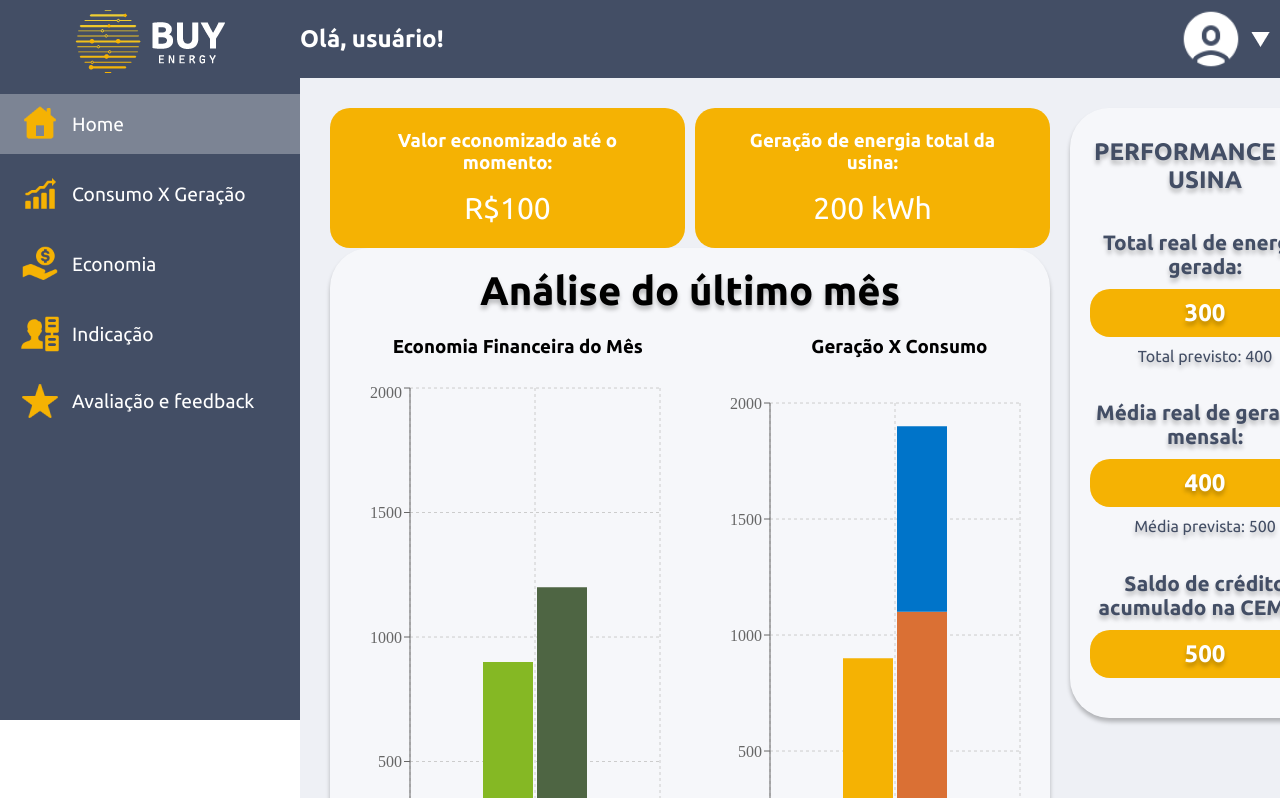
Repository: wolwerr/buyenergy-frontend
Page: /
An editor plug-in stored every save of this project. The page is shown before and after the next save, followed by the edit.
The browser window is 1280 px wide. The pictures show the whole page.
An inner scrolling area shows only its first screen. The project was rebuilt for these pictures with package versions that can differ from the ones it lists, and the page was loaded fresh each time. Also part of the build but not shown: src/pages/indicacao/IndicacaoStyle.js, src/pages/indicacao/IndicacaoPage.jsx, src/pages/feedback/FeedbackStyle.js, src/pages/feedback/Feedback.jsx, src/pages/login/LoginStyle.js, src/pages/login/LoginPage.jsx, src/pages/economia/EconomiaStyle.js, src/pages/economia/EconomiaPage.jsx and 10 more.

Above is the page before, as saved 2022-10-31 16:26:14.

### public/index.html
<!DOCTYPE html>
<html lang="en">
  <head>
    <meta charset="utf-8" />
    <link rel="icon" href="%PUBLIC_URL%/favicon.ico" />
    <meta name="viewport" content="width=device-width, initial-scale=1" />
    <meta name="theme-color" content="#000000" />
    <meta
      name="description"
      content="Web site created using create-react-app"
    />
    <link rel="apple-touch-icon" href="%PUBLIC_URL%/logo192.png" />
    <!--
      manifest.json provides metadata used when your web app is installed on a
      user's mobile device or desktop. See https://developers.google.com/web/fundamentals/web-app-manifest/
    -->
    <link rel="manifest" href="%PUBLIC_URL%/manifest.json" />
    <!--
      Notice the use of %PUBLIC_URL% in the tags above.
      It will be replaced with the URL of the `public` folder during the build.
      Only files inside the `public` folder can be referenced from the HTML.

      Unlike "/favicon.ico" or "favicon.ico", "%PUBLIC_URL%/favicon.ico" will
      work correctly both with client-side routing and a non-root public URL.
      Learn how to configure a non-root public URL by running `npm run build`.
    -->
    <link rel="stylesheet" href="style.css">
    <link rel="preconnect" href="https://fonts.googleapis.com">
    <link rel="preconnect" href="https://fonts.gstatic.com" crossorigin>
    <link href="https://fonts.googleapis.com/css2?family=Ubuntu:ital,wght@0,400;0,500;0,700;1,400;1,500;1,700&display=swap" rel="stylesheet">
    <title>Buy Energy App MVP</title>
  </head>
  <body>
    <noscript>You need to enable JavaScript to run this app.</noscript>
    <div id="root"></div>
    <!--
      This HTML file is a template.
      If you open it directly in the browser, you will see an empty page.

      You can add webfonts, meta tags, or analytics to this file.
      The build step will place the bundled scripts into the <body> tag.

      To begin the development, run `npm start` or `yarn start`.
      To create a production bundle, use `npm run build` or `yarn build`.
    -->
  </body>
</html>

### src/App.js
import { BrowserRouter as Router, Route, Routes } from "react-router-dom";
import { AppCnt } from "./assets/styles/AppStyle";
import HomePage from "./pages/home/HomePage"
import IndicacaoPage from "./pages/indicacao/IndicacaoPage"
import Feedback from "./pages/feedback/Feedback"
import LoginPage from "./pages/login/LoginPage"
import Economia from "./pages/economia/EconomiaPage"
import ErrorPage from "./pages/error/ErrorPage";
import ConsumoXGeracaoPage from "./pages/consumoGeracao/ConsumoXGeracaoPage";

function App() {
  return (
    <AppCnt>
      <Router>
        <Routes>
          <Route index path="/" element={<HomePage />} />
          <Route path="/login" element={<LoginPage />} />
          <Route path="/consumo-e-geracao" element={<ConsumoXGeracaoPage />} />
          <Route path="/economia" element={<Economia />} />
          <Route path="/indicacao" element={<IndicacaoPage />} />
          <Route path="/feedback" element={<Feedback />} />
          <Route path="*" element={<ErrorPage />}/>
        </Routes>
      </Router>
    </AppCnt>
  );
}

export default App;

### src/assets/styles/AppStyle.js
import styled from "styled-components";

export const AppCnt = styled.div`
    display: flex;
    flex-direction: row;
`

### src/pages/home/HomePage.jsx
import Header from "../../layouts/header/Header";
import Main from "../../layouts/main/Main";
import {
  BotaoAmareloContainer,
  BotaoIndicacao,
  DivBarraLateral,
  Grafico,
  MainStyle,
} from "./HomePageStyle";
import ValorTotal from "../../components/home/ValorTotal";
import DadosPerformance from "../../components/home/DadosPerformance";
import NavMenu from "../../layouts/navMenu/NavMenu";
import GraficoEconomiaFinanceira from "../../components/home/GraficoEconomiaFinanceira";
import GraficoConsumoGeracao from "../../components/home/GraficoConsumoGeracao";

export default function HomePage({ userName = "usuário", value = "Valor" }) {
  return (
    <>
      <NavMenu page="home" />
      <Main>
        <MainStyle>
          <BotaoAmareloContainer>
            <ValorTotal
              title={`Valor economizado até o momento:`}
              description="R$"
              descriptionValue={value = 100}
            />
            <ValorTotal
              title="Geração de energia total da usina:"
              description={value = 200}
              descriptionValue=" kWh"
            />
          </BotaoAmareloContainer>
          <Grafico>
            <h1>Análise do último mês</h1>
            <div className="Tittle">
              <h3>Economia Financeira do Mês</h3>
              <h3>Geração X Consumo</h3>
            </div>
            <div className="divFlex">
              <GraficoEconomiaFinanceira />
              <GraficoConsumoGeracao />
            </div>
          </Grafico>
          <DivBarraLateral>
            <h1>Performance da Usina</h1>
            <DadosPerformance
              title="Total real de energia gerada:"
              value={value = 300}
              description="Total previsto: "
              descriptionValue={value = 400}
            />
            <DadosPerformance
              title="Média real de geração mensal:"
              value={value}
              description="Média prevista: "
              descriptionValue={value = 500}
            />
            <DadosPerformance
              title="Saldo de crédito acumulado na CEMIG:"
              value={value}
              description=""
              descriptionValue=""
            />
          </DivBarraLateral>
          <BotaoIndicacao to="/indicacao">
            <p>Indique amigos e ganhe comissões nas vendas</p>
            <span>Saiba mais &gt;</span>
          </BotaoIndicacao>
        </MainStyle>
      </Main>
      <Header userName={userName} />
    </>
  );
}

### src/layouts/header/Header.jsx
import React, { useEffect, useState } from 'react'
import { HeaderCnt, HeaderIconsLeft, ProfileImg, ProfileOptIcon, ProfileOptions } from './HeaderStyle'
import ProfileIcon from '../../assets/images/icons/test-account.png'
import ProfileOptionsIcon from '../../assets/images/icons/triangulo-para-baixo.png'

export default function Header({
    userName = 'usuário',
    userProfilePhoto = ProfileIcon
}) {
  const [profileOptions, setprofileOptions] = useState(false)

  function toggleProfileOptions () {
    setprofileOptions(!profileOptions)
  }

  const [windowWidth, setWindowWidth] = useState(window.innerWidth)

  const detectSize = () => {
    setWindowWidth(window.innerWidth)
  }

  useEffect(() => {
    window.addEventListener('resize', detectSize)

    return () => {
      window.removeEventListener('resize', detectSize)
    }
  }, [windowWidth])

  return (
    <HeaderCnt windowWidth={`${windowWidth}`}>
        <p>Olá, {userName}!</p>
        <HeaderIconsLeft>
          <ProfileImg src={userProfilePhoto} alt="Foto do perfil do usuário" />
          <ProfileOptIcon row src={ProfileOptionsIcon} alt="" onClick={toggleProfileOptions} />
        </HeaderIconsLeft>
        {profileOptions &&
          <ProfileOptions>
            <p>Sair</p>
          </ProfileOptions>
        }
    </HeaderCnt>
  )
}

### src/layouts/main/Main.jsx
import { useEffect, useState } from 'react'
import { MainCnt } from './MainStyle'

export default function Main({ children }) {
  const [windowWidth, setWindowWidth] = useState(window.innerWidth)

  const detectSize = () => {
    setWindowWidth(window.innerWidth)
  }

  useEffect(() => {
    window.addEventListener('resize', detectSize)

    return () => {
      window.removeEventListener('resize', detectSize)
    }
  }, [windowWidth])

  return (
    <MainCnt windowWidth={`${windowWidth}`}>
        {children}
    </MainCnt>
  )
}

### src/pages/home/HomePageStyle.js
import styled from "styled-components";
import { Link } from "react-router-dom";

export const MainStyle = styled.div`
  // height: 80vh;
  margin: 50px;
  display: grid;
  grid-template-areas:
  "amarelo lateral"
  "grafico lateral"
  "grafico lateral"
  "grafico botaoIndicacao";
  grid-template-columns: 7fr 3fr;
  grid-template-rows: auto;
  grid-column-gap: 20px;

  align-content: space-between;

  @media(max-width: 1400px) {
    margin: 30px;
  }
`
/* inicio container lateral*/
export const DivBarraLateral = styled.div`
  grid-area: lateral;
  border-radius: 2.5em;
  background-color: rgba(255, 255, 255, 0.5);
  box-shadow: 0px 4px 4px rgba(0, 0, 0, 0.25);
  display: flex;
  flex-direction: column;
  justify-content: space-between;
  text-align: center;
  align-items: center;
  color: #434e65;
  text-shadow: 0px 4px 4px rgba(0, 0, 0, 0.25);
  font-family: Ubuntu;
  padding: 30px 20px;
  max-width: 300px;
  height: 700px;

  @media(max-width: 1400px) {
    height: 550px;
  }
  h1 {
    text-transform: uppercase;

    @media(max-width: 1400px) {
      font-size: 1.5rem;
    }
  }
  h2 {
    color: #434e65;
    margin-bottom: 10px;

    @media(max-width: 1400px) {
      font-size: 1.3rem;
    }
  }
  h3 {
    font-size: 1.5rem;
    background: #f5b203;
    border-radius: 20px;
    width: 220px;
    padding: 10px 5px;
    text-align: center;
    margin: auto;
    color: white;
    margin-bottom: 10px;
  }
`
export const BotaoAmareloContainer = styled.div`
  grid-area: amarelo;
  width: 100%;
  display: flex;
  gap: 10px;
  justify-content: center;
`
export const Grafico = styled.div`
  grid-area: grafico;
  place-content: center;
  color: #000000;
  border-radius: 40px;
  box-shadow: 0px 4px 4px rgba(0, 0, 0, 0.25);
  background-color: rgba(255, 255, 255, 0.5);
  width: 100%;
  padding-bottom: 20px;
  .divFlex {
    display: flex;
    width: 100%;
    height: 80vh;
  }
  .Tittle{
    display: flex;
    justify-content: center;
    gap: 22%;
    margin-bottom: 24px;
  }
  .Tittle h3 {
    font-size: 700 13px 'Ubuntu';
    line-height: 15px;
    padding: 5px;
    color: #000000;
  }
  h1 {
    padding: 20px 20px;
    text-align: center;
    font: 700 2.5rem 'Ubuntu';
    color: #000;
    text-shadow: 0px 4px 4px rgba(0, 0, 0, 0.25);

    @media(max-width: 1024px) {
       padding: 10px 10px;
    }
  }
`
export const BotaoIndicacao = styled(Link)`
  grid-area: botaoIndicacao;
  max-width: 300px;
  background: #434E65;
  border-radius: 20px;
  height: 110px;
  padding: 30px 20px;
  box-sizing: border-box;
  color: #fff;
  position: relative;

  @media(max-width: 1400px) {
    padding: 20px 20px;
  }

  p {
    font: 700 1.25rem/1.3 'Ubuntu';
    text-align: center;

    @media(max-width: 1400px) {
      font-size: 1.1rem;
    }
  }

  span {
    font: 500 0.8125rem 'Ubuntu';
    position: absolute;
    right: 30px;
    top: 90px;
    text-decoration: underline;

    @media(max-width: 1400px) {
      top: 75px;
    }
  }
`

### src/components/home/ValorTotal.jsx
import React from 'react'
import { BotaoAmarelo } from './ValorTotalStyle'

export default function ValorTotal({ title="Valor Gerado",description="R$",descriptionValue="valor descrito"}) {
  return (
    <BotaoAmarelo>
        <h3>{title}</h3>
        <p>{description}{descriptionValue}</p>
    </BotaoAmarelo>
  )
}

### src/components/home/DadosPerformance.jsx
import React from 'react'

export default function DadosPerformance({ title="Titulo",value="Valor",description="Previsto",descriptionValue="Valor"}) {
  return (
    <div>
        <h2>{title}</h2>
        <h3> {value}</h3>
        <p> <strong></strong>{description}{descriptionValue}</p>
    </div>
  )
}

### src/layouts/navMenu/NavMenu.jsx
import React from 'react'
import logo from '../../assets/images/logo_negativo.png'
import iconHome from '../../assets/images/icons/home-page.png'
import iconIndicacao from '../../assets/images/icons/4 - Indicação.png'
import iconGeracaoConsumo from '../../assets/images/icons/2 - Geração x Consumo.png'
import iconEconomia from '../../assets/images/icons/3 - Economia.png'
import iconFeedback from '../../assets/images/icons/star.png'
import { NavCnt, LogoImgLink, UlNavMenu, LiNavMenu, NavIconImg, LiSpan, LinkNav, } from './NavMenuStyle'

export default function NavMenu({ page="" }) {

  return (
    <NavCnt>
      <div>
        <LogoImgLink  to="/">
            <img src={logo} alt="" />
        </LogoImgLink>
        <UlNavMenu>
            <LiNavMenu>
              <LinkNav to="/" active={page === "home" ? "active"  : ""}>
                <NavIconImg src={iconHome} alt=''/>
                <LiSpan active={page === "home" ? "active"  : ""}>Home</LiSpan>
              </LinkNav>
            </LiNavMenu>
            <LiNavMenu>
              <LinkNav to="/consumo-e-geracao" active={page === "consumoGeracao" ? "active"  : ""}>
                <NavIconImg src={iconGeracaoConsumo} alt=''/>
                <LiSpan active={page === "indicacao" ? "active"  : ""}>Consumo X Geração</LiSpan>
              </LinkNav>
            </LiNavMenu>
            <LiNavMenu>
              <LinkNav to="/economia" active={page === "economia" ? "active"  : ""}>
                <NavIconImg src={iconEconomia} alt=''/>
                <LiSpan active={page === "indicacao" ? "active"  : ""}>Economia</LiSpan>
              </LinkNav>
            </LiNavMenu>
            <LiNavMenu>
              <LinkNav to="/indicacao" active={page === "indicacao" ? "active"  : ""}>
                <NavIconImg src={iconIndicacao} alt=''/>
                <LiSpan active={page === "indicacao" ? "active"  : ""}>Indicação</LiSpan>
              </LinkNav>
            </LiNavMenu>
            <LiNavMenu>
              <LinkNav to="/feedback" active={page === "feedback" ? "active"  : ""}>
                <NavIconImg src={iconFeedback} alt=''/>
                <LiSpan active={page === "feedback" ? "active"  : ""}>Avaliação e feedback</LiSpan>
              </LinkNav>
            </LiNavMenu>
        </UlNavMenu>
      </div>
    </NavCnt>
  )
}

### src/components/home/GraficoEconomiaFinanceira.jsx
import React, { PureComponent } from 'react';
import { BarChart, Bar, XAxis, YAxis, CartesianGrid, Tooltip, Legend, ResponsiveContainer } from 'recharts';

const data = [
  {
    reais: 2000,
    name: 'maio/2022',
    "Com a usina você pagou": 900,
    "Sem a usina você pagaria": 1200,
  }
];

export default class GraficoEconomiaFinanceira extends PureComponent {
  static demoUrl = 'https://codesandbox.io/s/simple-bar-chart-tpz8r';

  render() {
    return (
      <ResponsiveContainer width="100%" height="100%">
        <BarChart
          width={500}
          height={300}
          data={data}
          margin={{
            top: 5,
            right: 30,
            left: 20,
            bottom: 5,
          }}
        >
          <CartesianGrid strokeDasharray="3 3" />
          <XAxis dataKey="name" />
          <YAxis dataKey="reais"/>
          <Tooltip />
          <Legend />
          <Bar dataKey="Com a usina você pagou" fill="#85B824" barSize={50}/>
          <Bar dataKey="Sem a usina você pagaria" fill="#4E6543" barSize={50}/>
        </BarChart>
      </ResponsiveContainer>
    );
  }
}

### src/components/home/GraficoConsumoGeracao.jsx
import React, { PureComponent } from 'react';
import { BarChart, Bar, XAxis, YAxis, CartesianGrid, Tooltip, Legend, ResponsiveContainer } from 'recharts';

const data = [
  {
    reais: 2000,
    name: 'maio/2022',
    "Sua geração total do mês": 900,
    "Energia consumida da sua Usina": 1100,
    "Energia consumida da CEMIG": 800,
  },
];

export default class GraficoConsumoGeracao extends PureComponent {
  static demoUrl = 'https://codesandbox.io/s/mixed-bar-chart-q4hgc';

  render() {
    return (
      <ResponsiveContainer width="100%" height="100%">
        <BarChart
          width={500}
          height={300}
          data={data}
          margin={{
            top: 20,
            right: 30,
            left: 20,
            bottom: 5,
          }}
        >
          <CartesianGrid strokeDasharray="3 3" />
          <XAxis dataKey="name" />
          <YAxis dataKey="reais" />
          <Tooltip />
          <Legend />
          <Bar dataKey="Sua geração total do mês" fill="#F5B203" barSize={50}/>
          <Bar dataKey="Energia consumida da sua Usina" stackId="a" fill="#DA7034" barSize={50}/>
          <Bar dataKey="Energia consumida da CEMIG" stackId="a" fill="#0074C9" barSize={50}/>
        </BarChart>
      </ResponsiveContainer>
    );
  }
}

### src/layouts/header/HeaderStyle.js
import styled from "styled-components";

export const HeaderCnt = styled.header`
    background-color: #434e65;
    position: fixed;
    top: 0px;
    left: 300px;
    padding: 5px 0;
    width: ${props => props.windowWidth - 300}px;
    display: flex;
    flex-flow: row nowrap;
    justify-content: space-between;
    align-items: center;

    p {
        font-size: 1.5em;
        color: white;
        font-weight: 700;
    }
`

export const HeaderIcon = styled.img`
    width: 100%;
    height: auto;
    max-width: 45px;
    margin-right: 10px;
`

export const ProfileImg = styled.img`
    width: 100%;
    height: auto;
    max-width: 60px;
    border-radius: 100px;
`

export const ProfileOptIcon = styled.img`
    width: 100%;
    height: auto;
    max-width: 20px;
    margin: 0 10px;
`

export const HeaderIconsLeft = styled.div`
    display: flex;
    flex-direction: row;
    align-items: center;
`

export const ProfileOptions = styled.div`
    background-color: #434e65;
    color: white;
    width: 100px;
    height: auto;
    position: absolute;
    top: 78px;
    right: 0px;
    border: 1px solid gray;
    text-transform: uppercase;
    border-radius: 10px;
    box-shadow: 0px 4px 4px rgba(0, 0, 0, 0.25);
    text-align: center;
    padding: 10px 0;
    margin: 0;
`

### src/layouts/main/MainStyle.js
import styled from "styled-components";
import backgroundImg from "../../assets/images/background.png"

export const MainCnt = styled.main`
    /* background-image: url(${backgroundImg});
    background-repeat: no-repeat;
    background-position: right top;
    background-size: cover; */
    // position: fixed;
    position: absolute;
    top: 78px;
    left: 300px;
    width: ${props => props.windowWidth - 300}px;
    height: 100%;
    background-color: rgb(238,240,245);
    overflow: auto;
`

### src/components/home/ValorTotalStyle.js
import styled from "styled-components";

export const BotaoAmarelo = styled.div`
  display: flex;
  flex-direction: column;
  align-items: center;
  justify-content: center;
  text-align: center;
  background-color: #f5b203;
  border-radius: 20px;
  width: 355px;
  height: 160px;
  font-size: 20px;
  color: white;
  margin: auto;

  @media(max-width: 1400px) {
    font-size: 16px;
    height: 140px;
  }

  h3 {
    font-family: 'Ubuntu';
    font-style: normal;
    text-align: center;
    padding: 0 30px;
  }

  p {
    font-size: 40px;
    font-family: ubuntu;
    font-style: bold;
    padding-top: 5%;

    @media(max-width: 1400px) {
      font-size: 30px;
    }
  }
`;

### src/layouts/navMenu/NavMenuStyle.js
import styled from "styled-components";
import { Link } from "react-router-dom";

export const NavCnt = styled.nav`
    background-color: #434e65;
    position: fixed;
    top: 0;
    left: 0;
    height: 100%;
    width: 300px;
    display: flex;
    flex-direction: column;
    justify-content: space-between;
    overflow: hidden;
`

export const LogoImgLink = styled(Link)`
    display: flex;

    img {
        text-align: center;
        margin: 10px auto;
    }
`

export const UlNavMenu = styled.ul`
    list-style: none;
    margin-block-start: 0;
    margin-block-end: 0;
    padding-inline-start: 0;
`

export const LiNavMenu = styled.li`
    color: white;
    margin: 10px 0;
`

export const NavIconImg = styled.img`
    max-width: 40px;
`

export const LiSpan = styled.span`
    margin-left: 12px;
    font-size: 1.2em;
`

export const LinkNav = styled(Link)`
    display: flex;
    align-items: center;
    background-color: ${props => props.active ? "rgba(255, 255, 255, 0.3)" : ""};
    padding: 10px 20px;

    &:link, &:visited, &:hover, &:active {
        color: white;
        text-decoration: none;
    }

    &:hover {
        font-weight: 900;
    }
`

export const BottomNavDiv = styled.div`
    margin: 10px;
`

export const PSpan = styled.span`
    font-family: 'Ubuntu';
    margin-left: 12px;
`

### public/style.css
body {
    margin: 0 auto;
}

p, li, h1, h2, h3, h4, h5, a {
    font-family: 'Ubuntu';
    margin: 0;
}

a {
    text-decoration: none;
}

Loaded but not shown: src/index.js (common file)

After the next save:
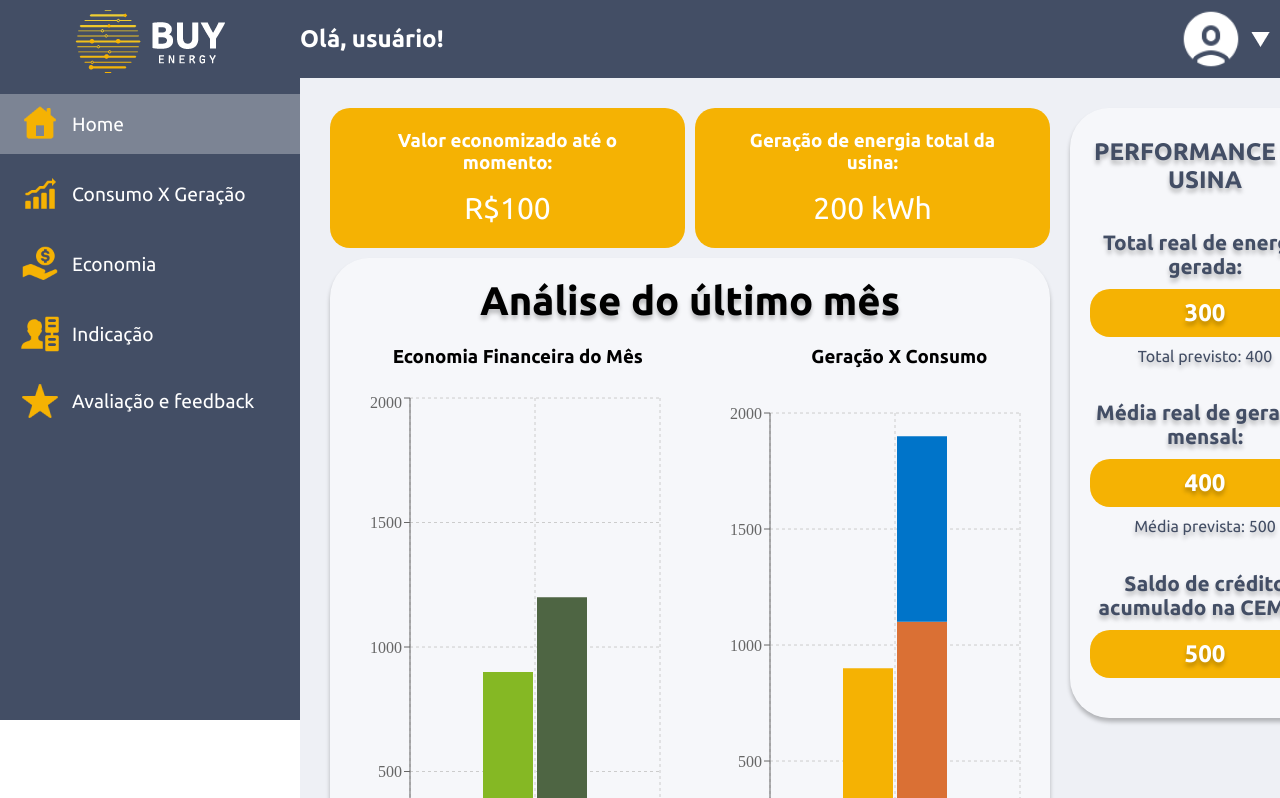
Saved 8 s later.
--- a/src/pages/home/HomePageStyle.js
+++ b/src/pages/home/HomePageStyle.js
@@ -13,7 +13,7 @@ export const MainStyle = styled.div`
   grid-template-columns: 7fr 3fr;
   grid-template-rows: auto;
   grid-column-gap: 20px;
-
+  grid-row-gap: 10px;
   align-content: space-between;
 
   @media(max-width: 1400px) {
